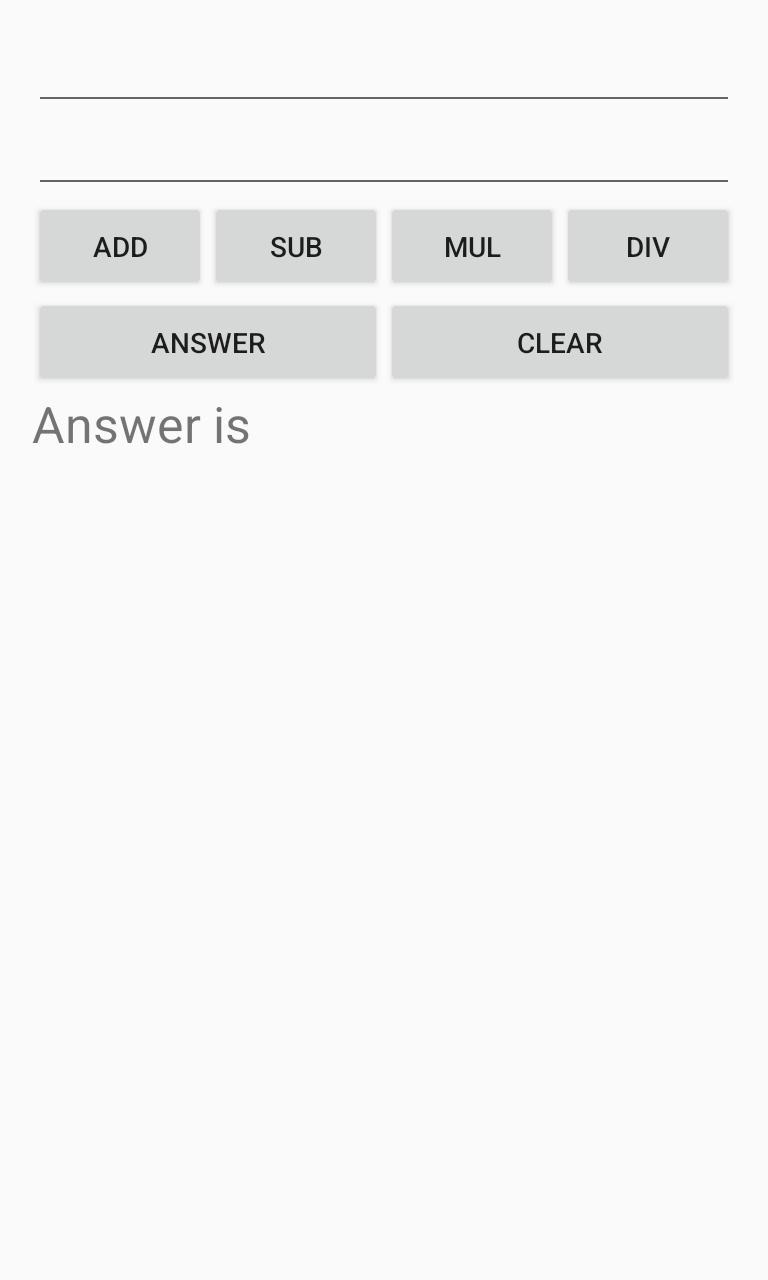
Repository: tamilkarun/Android
Layout: Calc/res/layout/fragment_main.xml
An editor plug-in stored every save of this project. The layout is shown before and after the next save, followed by the edit.
It is drawn on a 768 x 1280 px phone screen (xhdpi) without system bars, with theme AppTheme; the app's code is not run.

Above is the layout before, as saved 2014-05-14 06:27:20.

After the next save:
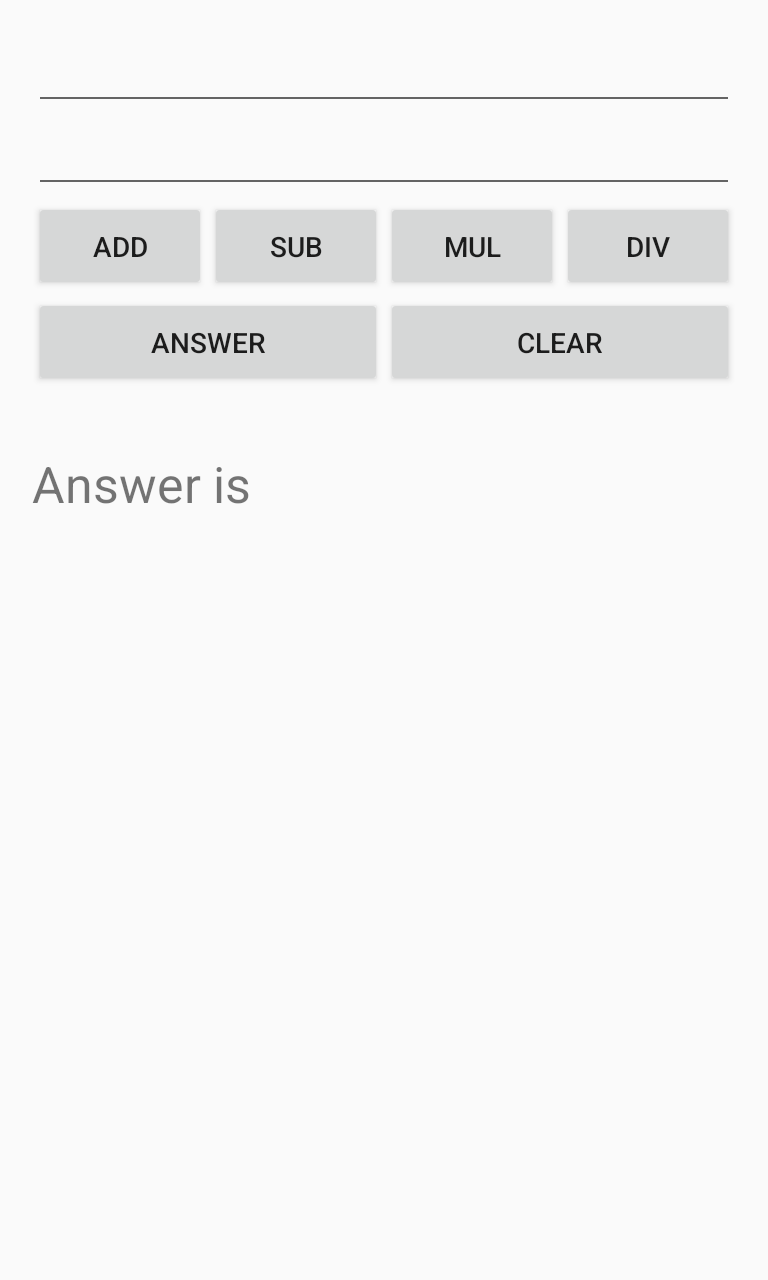
Saved 25 s later.
--- a/Calc/res/layout/fragment_main.xml
+++ b/Calc/res/layout/fragment_main.xml
@@ -95,6 +95,7 @@
 
 <TextView
             android:id="@+id/AddResult"
+            android:layout_marginTop="30dp"
             android:layout_width="fill_parent"
             android:layout_height="wrap_content"
             android:text="Answer is "
